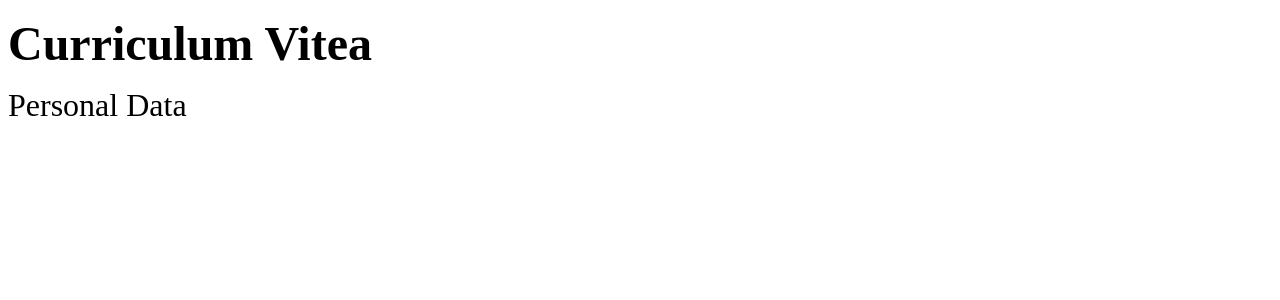
Repository: aysedo/html
Page: Week_2/profile/index.html
The author's editor kept a copy of each file at every save. The page is drawn from the files as they stood at one save, then again after the next save.
The browser window is 1280 px wide. The pictures show the whole page.

Above is the page before, as saved 2021-08-25 20:01:27.

After the next save:
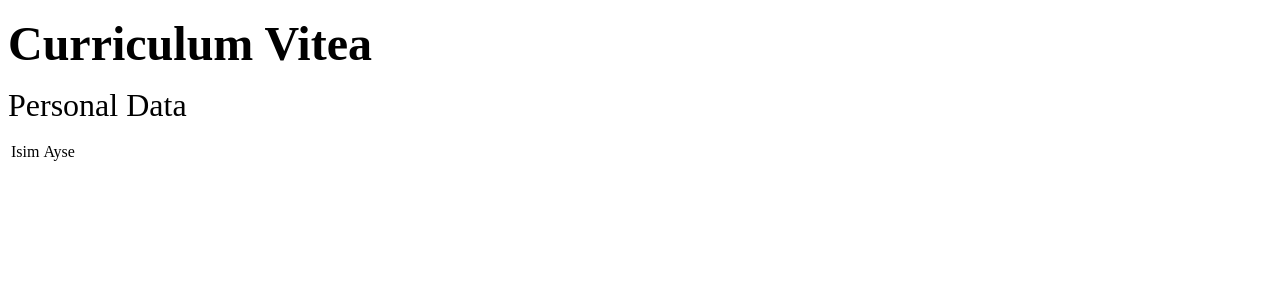
Saved 83 s later.
--- a/Week_2/profile/index.html
+++ b/Week_2/profile/index.html
@@ -11,7 +11,10 @@
       <p align="center" ></p><b><font size="11">Curriculum Vitea </font></b></p></titel>
       <p> <font size="6">Personal Data</font></p>
       <table>
-        <tr></tr>
+        <tr>
+          <td> Isim </td>
+          <td> Ayse </td>
+        </tr>
       </table>
 
   </body>
